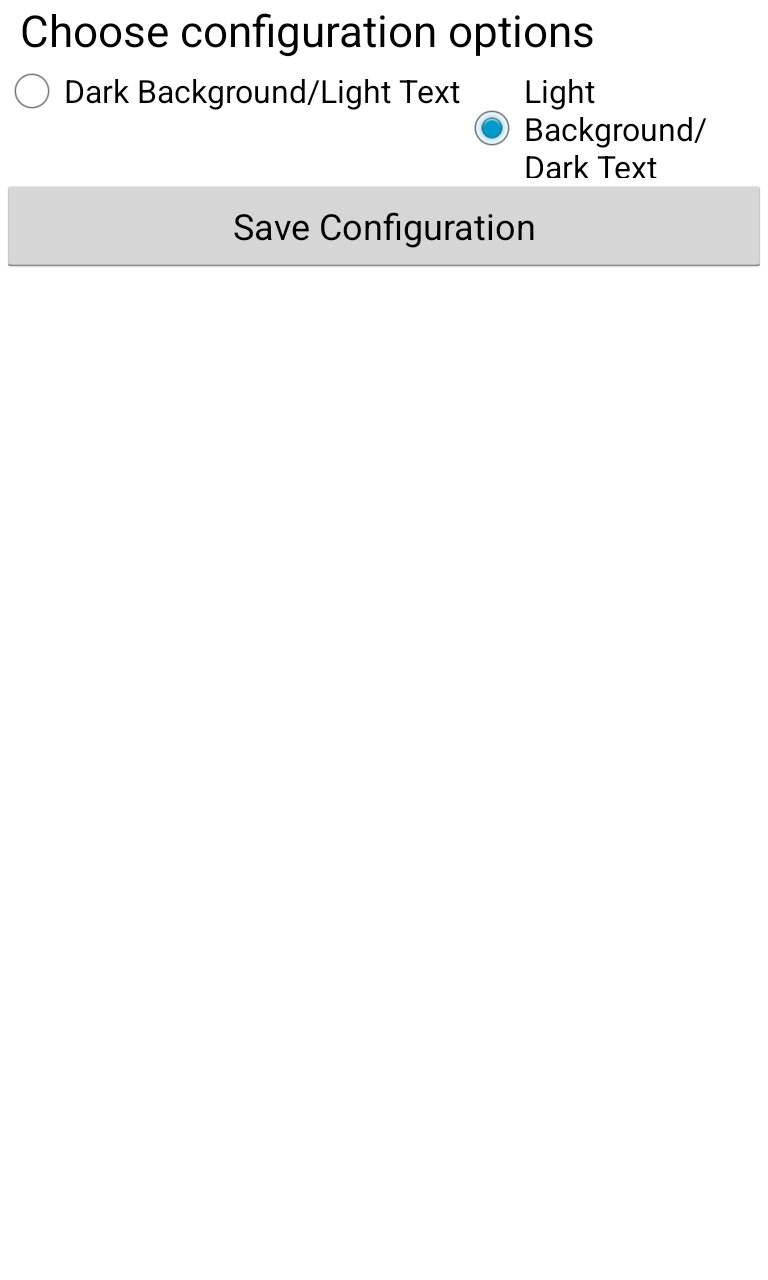
Repository: efreestone/MDF3_Freestone
Layout: MDF3Project3/res/layout/activity_config.xml
An editor plug-in stored every save of this project. The layout is shown before and after the next save, followed by the edit.
It is drawn on a 768 x 1280 px phone screen (xhdpi) without system bars, with theme AppTheme; the app's code is not run.

Above is the layout before, as saved 2014-07-27 01:24:18.

After the next save:
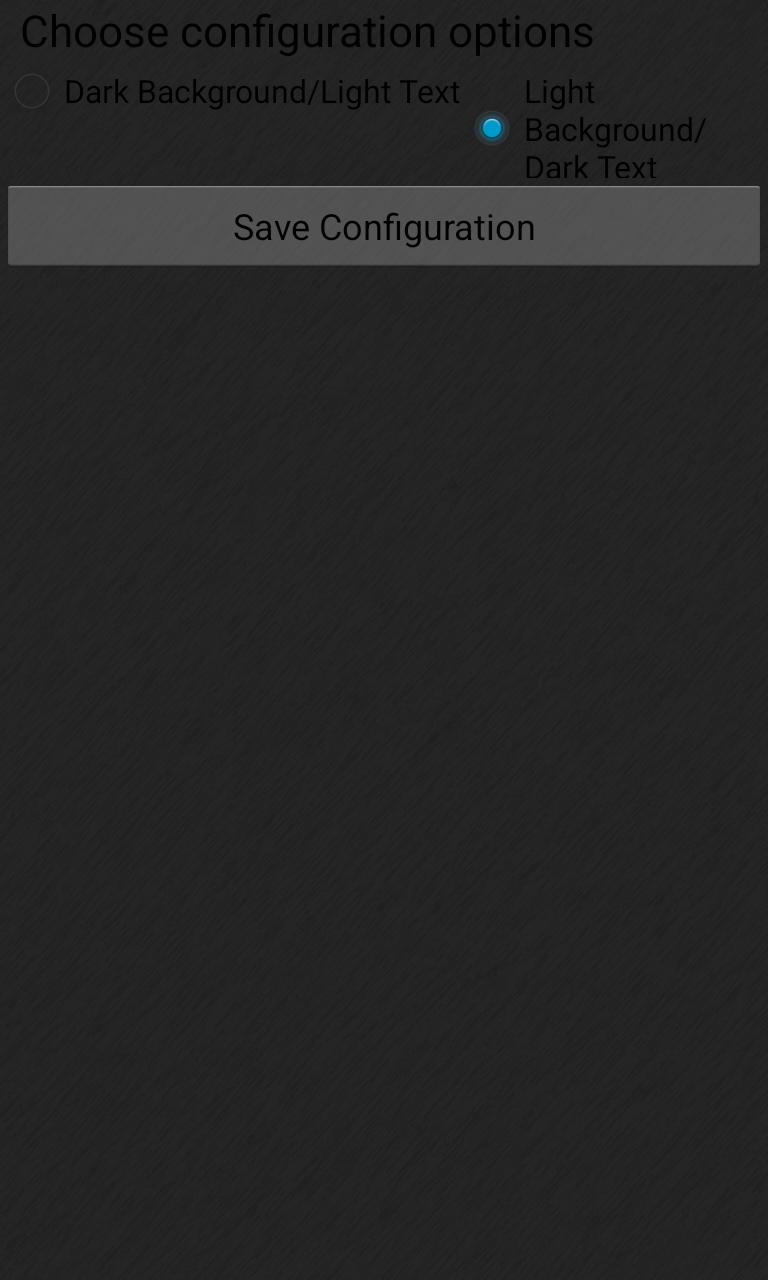
Saved 11 min 29 s later.
--- a/MDF3Project3/res/layout/activity_config.xml
+++ b/MDF3Project3/res/layout/activity_config.xml
@@ -2,7 +2,8 @@
 <LinearLayout xmlns:android="http://schemas.android.com/apk/res/android"
     android:layout_width="match_parent"
     android:layout_height="match_parent"
-    android:orientation="vertical" >
+    android:orientation="vertical"
+    android:background="@drawable/main_background" >
 
     <TextView
         android:id="@+id/textView1"
